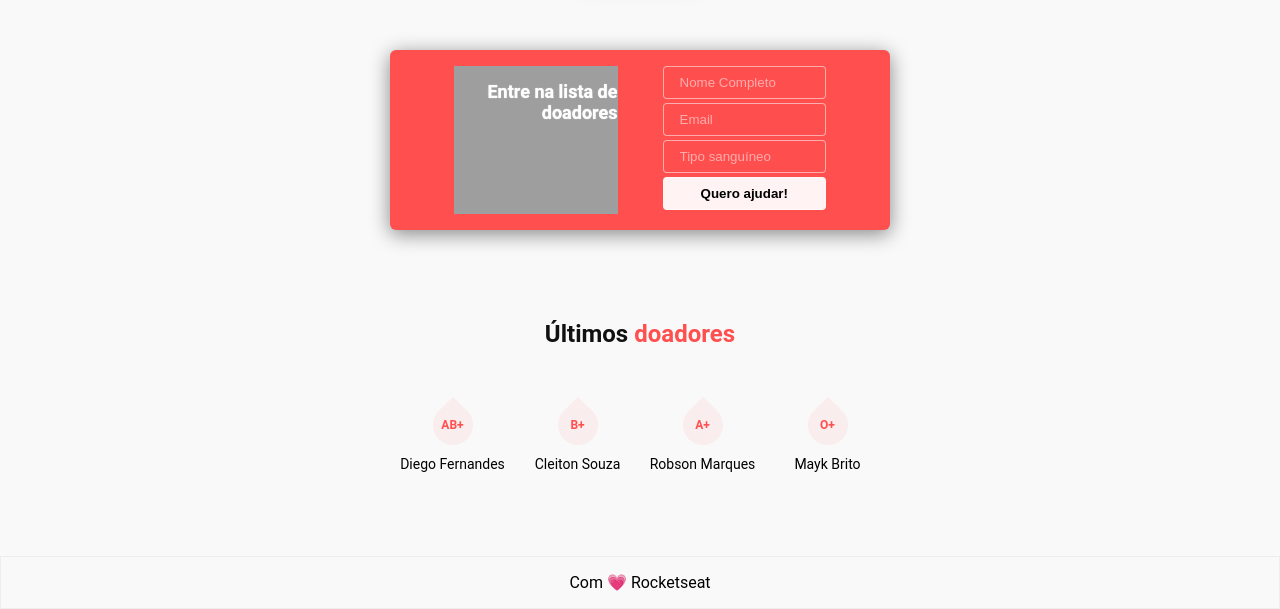
Repository: lucas-silva-dev/Doe
Page: index.html
These files come from the project's save history. The page is drawn as it stood at one moment and after the next save; the edit follows.
The browser window is 1280 px wide. The pictures show the part of the page from y = 459 to 1068 px (the page is 1068 px tall).
Pictures or frames that could not be fetched are drawn as grey boxes. A picture or video elsewhere on the page could not be fetched, so the positions and the page height are approximate. Some web fonts or font styles are not loaded; a fallback is used.

Above is the page before, as saved 2020-02-18 18:29:35.

### index.html
<!DOCTYPE html>
<!-- HTML
  HYPERTEXT
    Texto que contém links para outros documentos

  MARKUP
    Texto conterá marcações
    <tags>

  LANGUAGE
    Para comunicar de certa maneira. Sintaxe específica
-->
<html>

<head>
  <!-- são as configurações da minha página-->
  <title>Doe sangue! Doe vida!</title>

  <link rel="stylesheet" href="style.css">
  <link href="https://fonts.googleapis.com/css?family=Asap|Asap+Condensed&display=swap" rel="stylesheet">

</head>

<body>
  <!-- Aqui vem todo conteúdo visível para o usuário, dentro de certa página-->
  <header>
    <img class="logo" src="logo.png" alt="Imagem de DOE">
    <h2>A sua doação importa</h2>
    <p>Até 3 vidas com 1 doação</p>
    <p>Mais de 38.00 doações são necessárias todos os dias</p>
    <p>Apenas 1.9% da população brasileira, doa sangue</p>
    <button>Quero ajudar!</button>
  </header>

  <section class="form">
    <div class="heart">
      <h2>Entre na lista de doadores</h2>
    </div>
    <div>
      <form action="/">
        <input type="text" name="name" placeholder="Nome Completo">
        <input type="text" name="email" placeholder="Email">
        <input type="text" name="blood" placeholder="Tipo sanguíneo">
        <button type="submit">Quero ajudar!</button>
      </form>
    </div>
  </section>

  <main>
    <h2>Últimos <span>doadores</span></h2>

    <section class="donors">
      <div class="donor">
        <div class="blood">AB+</div>
        <p>Diego Fernandes</p>
      </div>
      <div class="donor">
        <div class="blood">B+</div>
        <p>Cleiton Souza</p>
      </div>
      <div class="donor">
        <div class="blood">A+</div>
        <p>Robson Marques</p>
      </div>
      <div class="donor">
        <div class="blood">O+</div>
        <p>Mayk Brito</p>
      </div>
    </section>
  </main>

  <footer> Com 💗 Rocketseat</footer>
  <script src="scripts.js"></script>
</body>

</html>

### style.css
/*
  CASCADING STYLESHEET
*/

/* GLOBAL */
* {
  /* corrigindo comportamento padrão css */
  box-sizing: border-box;
}

html,
body {
  margin: 0;
  box-sizing: border-box;
}

body {
  display: flex;
  flex-direction: column;
  height: 100vh;

  font-family: "Roboto", sans-serif;
  background-color: #f9f9f9;
}

h1,
h2 {
  color: #000e;
}

/* TITULOS */
header h1,
main h2 {
  margin-bottom: 70px;
}

main h2 span {
  color: #ff4f4f;
}

.form h2 {
  text-align: right;
  color: #fffe;
  font-size: 18px;
  text-shadow: 0px 0px 1px;
}

/* ESTRUTURA */
header,
main,
footer {
  /* alinhamento de textos */
  text-align: center;
}

header,
.form,
main {
  /* espaçamentos com margin */
  margin: 0 auto 70px;

  /* limites dos elementos */
  width: 90%;
  max-width: 500px;
}

/* HEADER */

header button {
  margin-top: 16px;
  padding: 8px 16px;
  border-radius: 4px;
  border: none;

  background-color: #ff4f4f;
  color: #fff;
  font-weight: bold;
  box-shadow: 0px 4px 20px 0 #0004;
}

header button:active {
  background-color: #ff4f2f;
  padding: 12px 20px;
}

.logo {
  width: 120px;
  margin: 70px 0;
}

header p {
  font-size: 14px;
}

/* FORM */
section.form {
  display: grid;
  grid-template-columns: 1fr 1fr;
  align-items: center;
  gap: 45px;

  background-color: #ff4f4f;
  padding: 16px 64px;
  border-radius: 6px;
  box-shadow: 0px 4px 20px 0 #0007;
}

section.form div.heart {
  background: url(./heart.png);
  background-size: 100% 100%;
  width: 100%;
  height: 100%;
}

form input,
form button {
  /* largura */
  width: 100%;

  /* espaçamentos */
  margin-bottom: 4px;

  /* preenchimento */
  padding: 8px 16px;

  /* bordas */
  border-radius: 4px;
  border: 1px #fff8 solid;
}

form input {
  /* background-color: transparent; */
  background-color: #ff4f4f11;
  color: #fff;
}

form input::placeholder {
  color: #fff8;
}

form button {
  font-weight: bold;
  background-color: #fffe;
}

form button:active {
  background-color: #eee;
}

/* MAIN */
main .donors {
  display: grid;
  grid-template-columns: 1fr 1fr 1fr 1fr;
}

.blood {
  color: #ff4f4f;
  font-weight: bold;
  font-size: 12px;
  display: flex;
  align-items: center;
  justify-content: center;

  position: relative;
}

.blood::before {
  content: "";
  background-color: #ff4f4f11;
  width: 40px;
  height: 40px;

  position: absolute;
  /*gotinha*/
  border-radius: 50%;
  border-top-right-radius: 0;
  transform: rotate(-45deg);
}

.donor p {
  margin-top: 24px;
  font-size: 14px;
}

/* footer*/
footer {
  margin-top: auto;
  padding: 16px;

  border: 1px solid #eee;
}

/* funcionalidades com javascript */

section.form {
  transition: all 200ms;
}

section.form.hide {
  opacity: 0;
  visibility: hidden;
  height: 0;
  margin-top: -70px;
}

### scripts.js
document.querySelector("header button").addEventListener("click", function() {
  document.querySelector(".form").classList.toggle("hide");
});

After the next save:
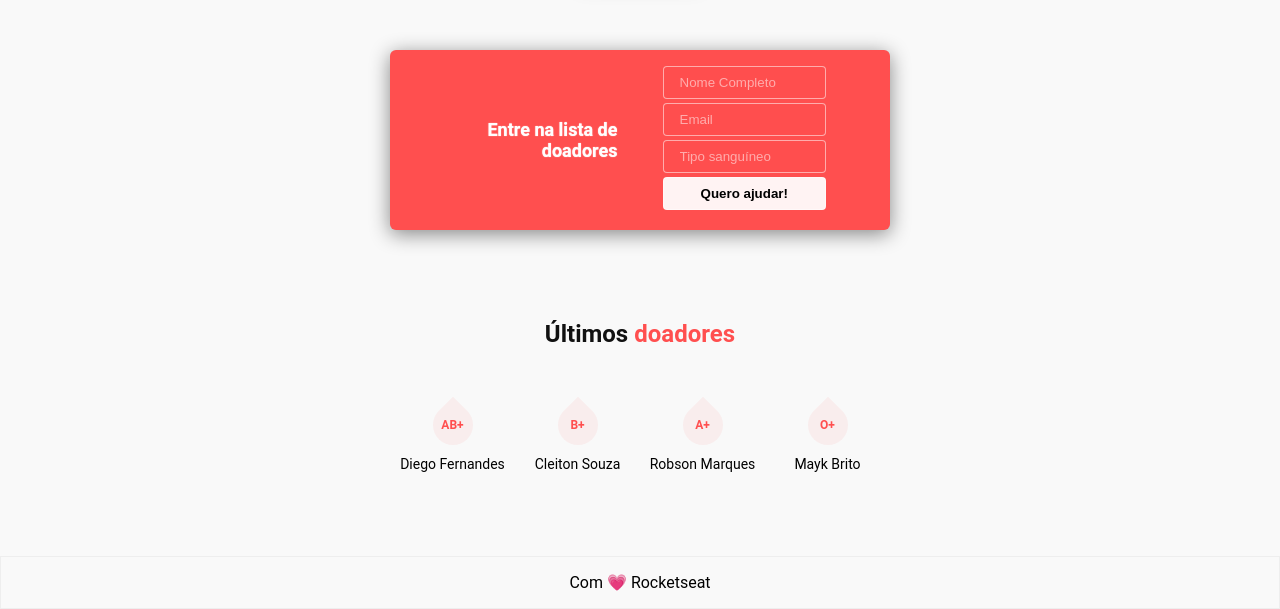
Saved 12 s later.
--- a/style.css
+++ b/style.css
@@ -105,12 +105,12 @@ section.form {
   box-shadow: 0px 4px 20px 0 #0007;
 }
 
-section.form div.heart {
+/* section.form div.heart {
   background: url(./heart.png);
   background-size: 100% 100%;
   width: 100%;
   height: 100%;
-}
+} */
 
 form input,
 form button {
